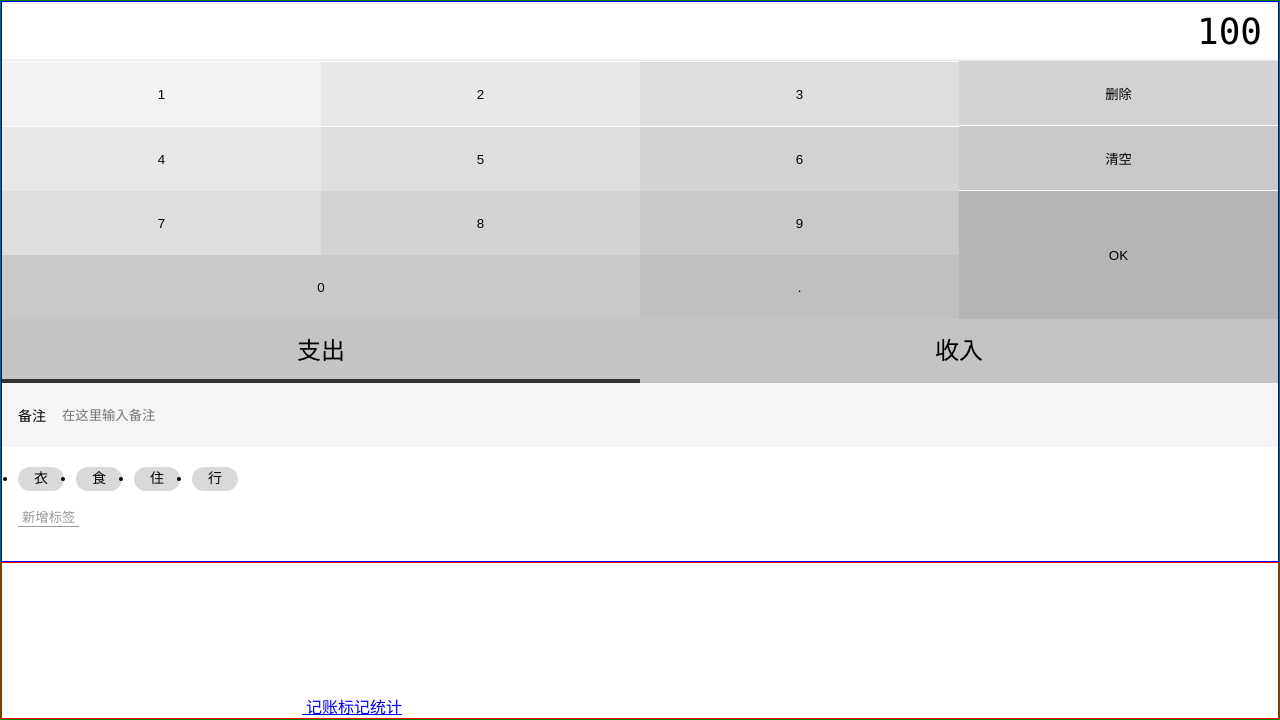
Repository: jiujiu407/bookkeeping
Page: /
An editor plug-in stored every save of this project. The page is shown before and after the next save, followed by the edit.
The browser window is 1280 px wide. The pictures show the whole page.
The project was rebuilt for these pictures with package versions that can differ from the ones it lists, and the page was loaded fresh each time. Also part of the build but not shown: vue.config.js.

Above is the page before, as saved 2021-10-18 14:21:47.

After the next save:
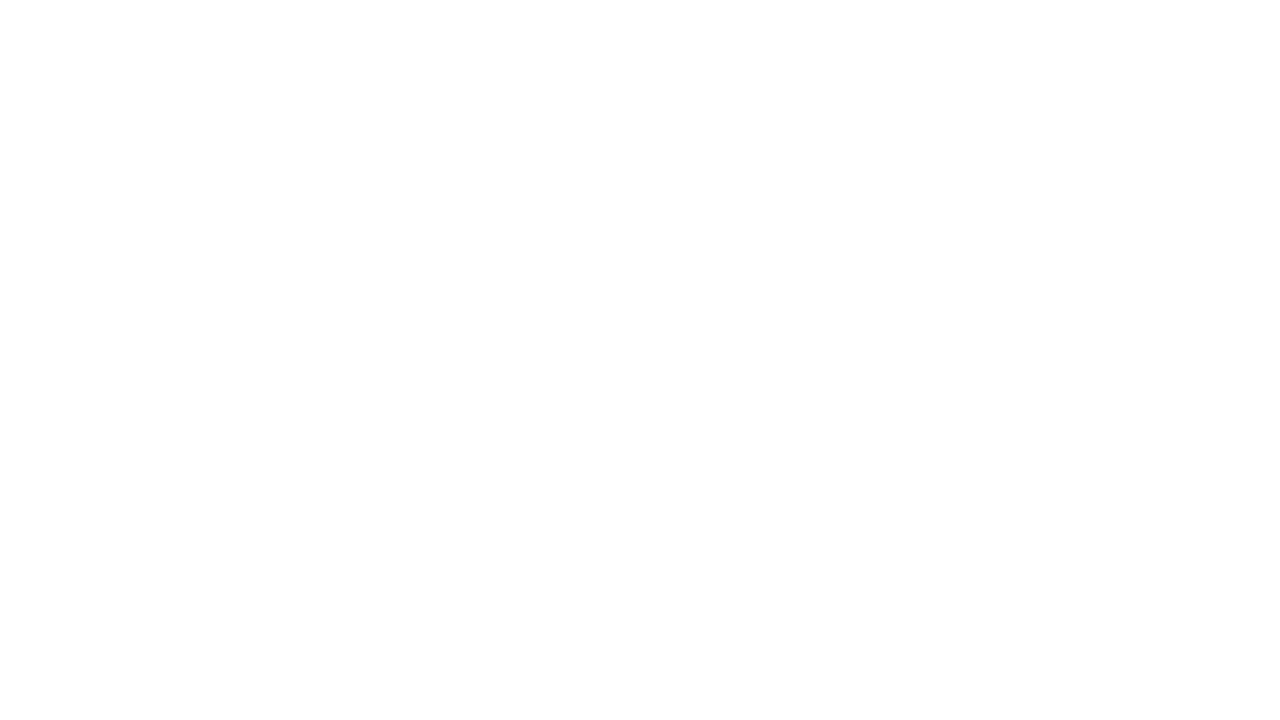
Console error: ReferenceError: prop is not defined
Saved 117 s later.
--- a/src/components/Icon.vue
+++ b/src/components/Icon.vue
@@ -14,7 +14,7 @@
  console.log(error)
     }
     export default {
-
+        prop
     }
 </script>
 

After the 4 saves that followed:
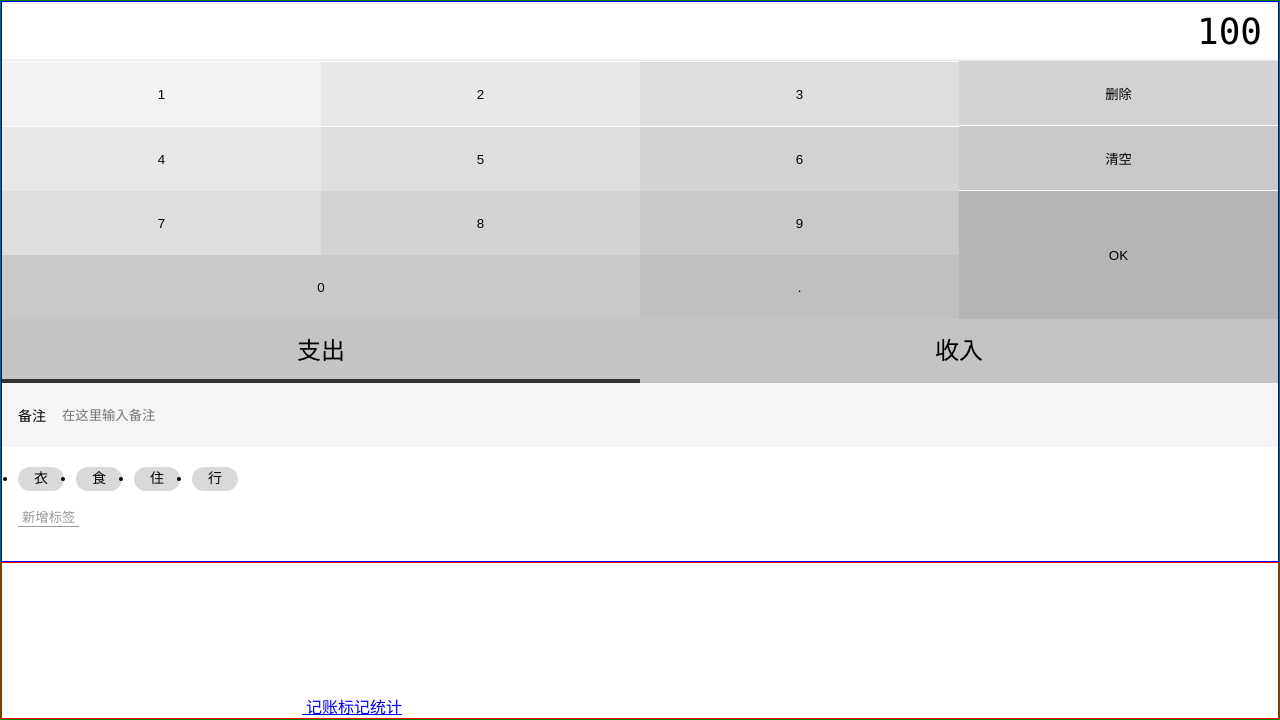
The error is gone.
The 4 saves are shown as one change because 1 left the picture as it was and some came seconds apart.
The last was saved 17 s later.
--- a/src/components/Icon.vue
+++ b/src/components/Icon.vue
@@ -14,7 +14,7 @@
  console.log(error)
     }
     export default {
-        prop
+        props:['id']
     }
 </script>
 
